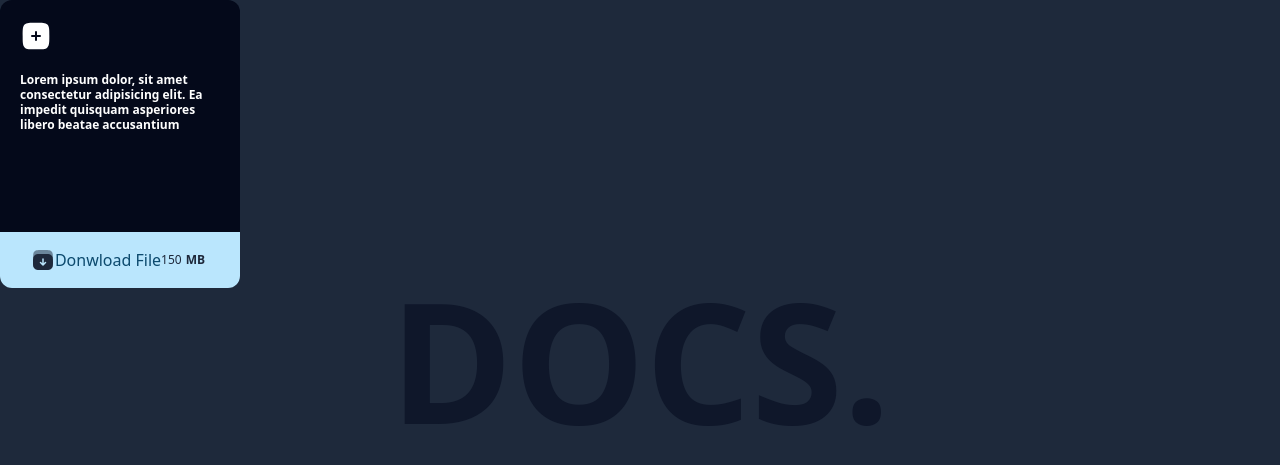
Repository: aliakbarmotallebi/framer-react
Page: /
An editor plug-in stored every save of this project. The page is shown before and after a run of saves, followed by the edit.
The browser window is 1280 px wide. The pictures show the whole page.
The project was rebuilt for these pictures with package versions that can differ from the ones it lists, and the page was loaded fresh each time.

Above is the page before, as saved 2024-08-14 22:32:11.

### src/App.js
import React from "react";
import Background from "./components/Background";
import Card from "./components/Card";

function App() {
  return (
    <div className="relative h-screen w-full bg-slate-800">
      <Background />
      <Card />
    </div>
  );
}

export default App;

### src/components/Background.jsx
import React from "react";

function Background() {
    return <h1 className="absolute left-1/2 top-1/2 -translate-x-[50%] -translate-y-[50%] text-[13vw] font-semibold text-slate-900">
    DOCS.
  </h1>
}

export default Background;

### src/components/Card.jsx
import React, { Component } from 'react';

class Card extends Component {
    render() {
        return (
            <div className="w-60 h-72 rounded-xl bg-slate-950/90 p-5 text-white relative overflow-hidden">
                <svg xmlns="http://www.w3.org/2000/svg" className="w-8 h-8" viewBox="0 0 24 24"><path fill="currentColor" fill-rule="evenodd" d="M12 22c-4.714 0-7.071 0-8.536-1.465C2 19.072 2 16.714 2 12s0-7.071 1.464-8.536C4.93 2 7.286 2 12 2s7.071 0 8.535 1.464C22 4.93 22 7.286 22 12s0 7.071-1.465 8.535C19.072 22 16.714 22 12 22m0-13.75a.75.75 0 0 1 .75.75v2.25H15a.75.75 0 0 1 0 1.5h-2.25V15a.75.75 0 0 1-1.5 0v-2.25H9a.75.75 0 0 1 0-1.5h2.25V9a.75.75 0 0 1 .75-.75" clip-rule="evenodd"/></svg>
                <p className="text-xs leading-tight mt-5 font-semibold">
                    Lorem ipsum dolor, sit amet consectetur adipisicing elit. Ea impedit quisquam asperiores libero beatae accusantium
                </p>

                <div className="footer absolute bottom-0 bg-sky-200 w-full py-2 left-0 text-center">
                    <button className="text-sky-900 p-2 font-medium">
                        <div className="flex justify-between items-center w-full px-2">
                            <svg xmlns="http://www.w3.org/2000/svg" className="w-6 h-6 text-slate-800 " viewBox="0 0 24 24"><path fill="currentColor" d="M12 2c4.713 0 7.07 0 8.535 1.464c.757.758 1.123 1.754 1.3 3.192V10H2.164V6.656c.176-1.438.541-2.434 1.299-3.192C4.928 2 7.285 2 11.999 2" opacity="0.5"/><path fill="currentColor" fill-rule="evenodd" d="M2 14c0-2.8 0-4.2.545-5.27A5 5 0 0 1 4.73 6.545C5.8 6 7.2 6 10 6h4c2.8 0 4.2 0 5.27.545a5 5 0 0 1 2.185 2.185C22 9.8 22 11.2 22 14s0 4.2-.545 5.27a5 5 0 0 1-2.185 2.185C18.2 22 16.8 22 14 22h-4c-2.8 0-4.2 0-5.27-.545a5 5 0 0 1-2.185-2.185C2 18.2 2 16.8 2 14m10.75-3a.75.75 0 0 0-1.5 0v4.19l-1.22-1.22a.75.75 0 1 0-1.06 1.06l2.5 2.5a.75.75 0 0 0 1.06 0l2.5-2.5a.75.75 0 1 0-1.06-1.06l-1.22 1.22z" clip-rule="evenodd"/></svg>
                            Donwload File
                            <p className="text-slate-800 text-xs ml-auto">
                                150
                                <span className="font-bold px-1">
                                    MB
                                </span>
                            </p>
                        </div>
                    </button>
                </div>
            </div>
        );
    }
}

export default Card;

Loaded but not shown: public/index.html (common file); src/index.js (common file); src/index.css (common file); tailwind.config.js (common file)

After the next 2 saves:
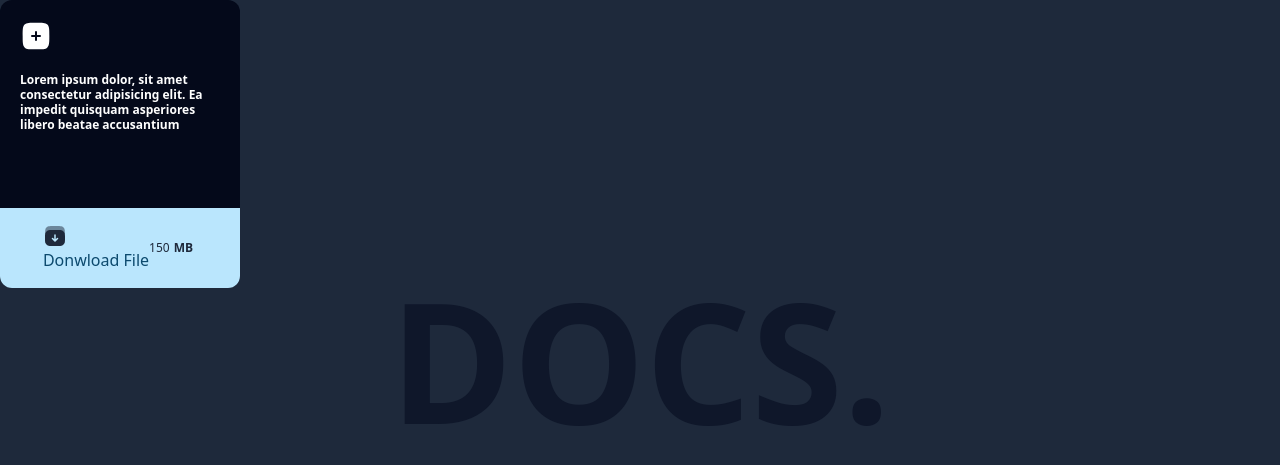
The 2 saves are shown as one change because they came seconds apart.
The last was saved 27 s later.
--- a/src/components/Card.jsx
+++ b/src/components/Card.jsx
@@ -12,14 +12,16 @@ class Card extends Component {
                 <div className="footer absolute bottom-0 bg-sky-200 w-full py-2 left-0 text-center">
                     <button className="text-sky-900 p-2 font-medium">
                         <div className="flex justify-between items-center w-full px-2">
+                           <div>
                             <svg xmlns="http://www.w3.org/2000/svg" className="w-6 h-6 text-slate-800 " viewBox="0 0 24 24"><path fill="currentColor" d="M12 2c4.713 0 7.07 0 8.535 1.464c.757.758 1.123 1.754 1.3 3.192V10H2.164V6.656c.176-1.438.541-2.434 1.299-3.192C4.928 2 7.285 2 11.999 2" opacity="0.5"/><path fill="currentColor" fill-rule="evenodd" d="M2 14c0-2.8 0-4.2.545-5.27A5 5 0 0 1 4.73 6.545C5.8 6 7.2 6 10 6h4c2.8 0 4.2 0 5.27.545a5 5 0 0 1 2.185 2.185C22 9.8 22 11.2 22 14s0 4.2-.545 5.27a5 5 0 0 1-2.185 2.185C18.2 22 16.8 22 14 22h-4c-2.8 0-4.2 0-5.27-.545a5 5 0 0 1-2.185-2.185C2 18.2 2 16.8 2 14m10.75-3a.75.75 0 0 0-1.5 0v4.19l-1.22-1.22a.75.75 0 1 0-1.06 1.06l2.5 2.5a.75.75 0 0 0 1.06 0l2.5-2.5a.75.75 0 1 0-1.06-1.06l-1.22 1.22z" clip-rule="evenodd"/></svg>
                             Donwload File
-                            <p className="text-slate-800 text-xs ml-auto">
+                           </div>
+                            <h5 className="text-slate-800 text-xs ml-auto">
                                 150
                                 <span className="font-bold px-1">
                                     MB
                                 </span>
-                            </p>
+                            </h5>
                         </div>
                     </button>
                 </div>
